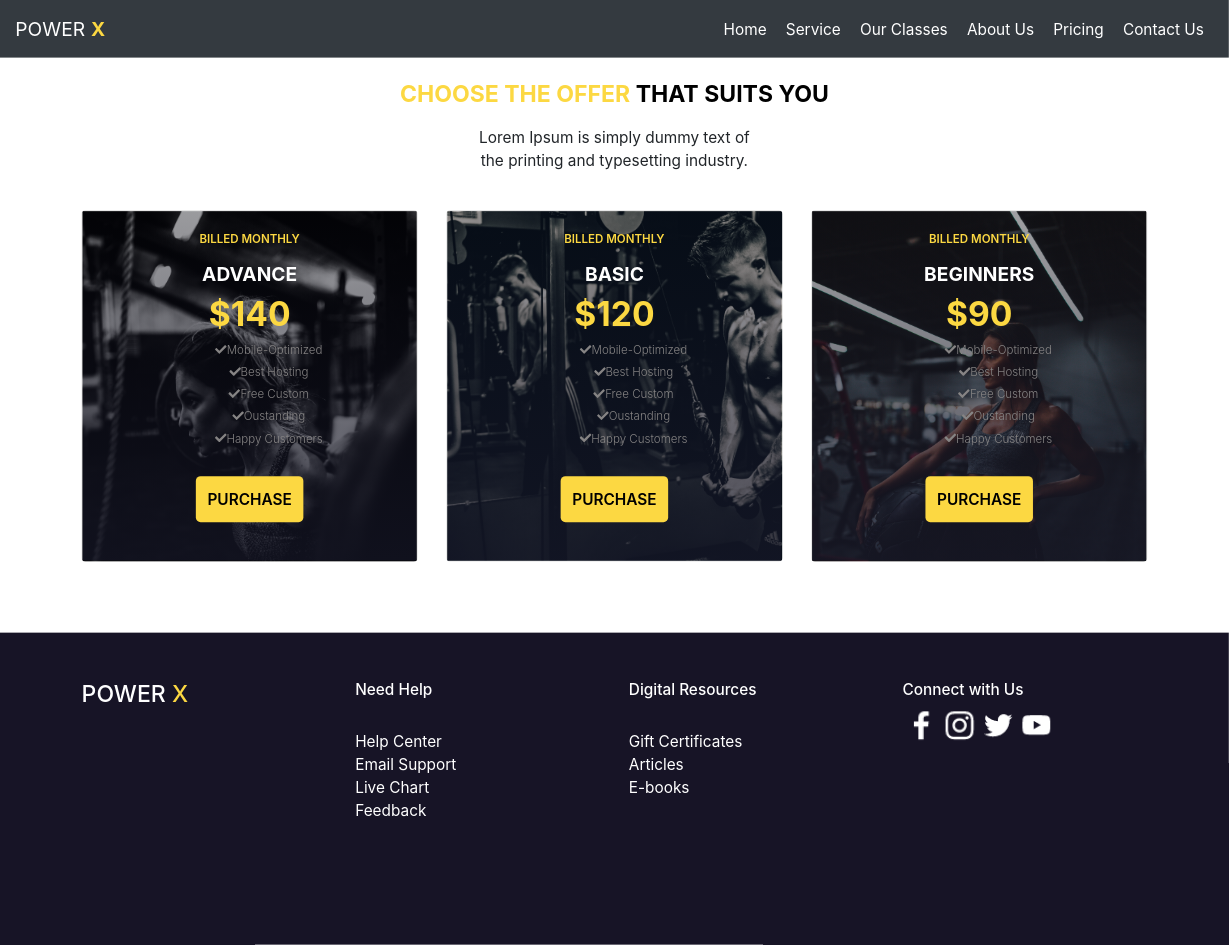
Repository: arif286/power-x-gym
Page: /pricing
These files come from the project's save history. The page is drawn as it stood at one moment and after the next save; the edit follows.
The browser window is 1280 px wide. The pictures show the whole page, at 96% of full size.
The project was rebuilt for these pictures with package versions that can differ from the ones it lists, and the page was loaded fresh each time. Also part of the build but not shown: src/components/Classes/Classes.js, src/components/About/About.js, src/components/ChooseUs/ChooseUs.js, src/components/Programs/Programs.css, src/components/Programs/Programs.js, src/components/WorkOut/WorkOut.css, src/components/WorkOut/WorkOut.js, src/components/Home/Home.js.

Above is the page before, as saved 2021-04-08 00:26:43.

### src/index.js
import React from 'react';
import ReactDOM from 'react-dom';
import App from './App';
import "./index.css";
import reportWebVitals from './reportWebVitals';
ReactDOM.render(
  <React.StrictMode>
    <App />
  </React.StrictMode>,
  document.getElementById('root')
);

// If you want to start measuring performance in your app, pass a function
// to log results (for example: reportWebVitals(console.log))
// or send to an analytics endpoint. Learn more: https://bit.ly/CRA-vitals
reportWebVitals();

### src/App.js
import "bootstrap/dist/css/bootstrap.min.css";
import React from 'react';
import { BrowserRouter as Router, Route, Switch } from "react-router-dom";
import Classes from "./components/Classes/Classes";
import Footer from "./components/Footer/Footer";
import Header from './components/Header/Header';
import Home from './components/Home/Home';
import PricingPlan from "./components/PricingPlan/PricingPlan";
function App() {
  return (
    <div>
      <Router>
        <Header />
        <Switch>
          <Route path="/home">
            <Home />
          </Route>
          <Route path="/classes">
            <Classes/>
          </Route>
          <Route path='/pricing'>
            <PricingPlan/>
          </Route>
          <Route exact path="/">
            <Home />
          </Route>
        </Switch>
        <Footer />
      </Router>
    </div>
  );
}

export default App;

### src/components/Footer/Footer.js
import React from "react";
import { Col, Container, Row } from "react-bootstrap";
import { NavLink } from "react-router-dom";
import Facebook from "../../power-x-gym/Image & Icon/bxl-facebook.png";
import Instagram from "../../power-x-gym/Image & Icon/bxl-instagram.png";
import Twitter from "../../power-x-gym/Image & Icon/bxl-twitter.png";
import YouTube from "../../power-x-gym/Image & Icon/bxl-youtube.png";
import "./Footer.css";
const Footer = () => {
  return (
    <footer>
      <Container>
        <Row className="footer-title">
          <Col xs={12} sm={6} md={3} className="pb-5">
            <h4 style={{ color: "white" }}>
              POWER <span style={{ color: "#fcd842" }}>X</span>
            </h4>
          </Col>
          <Col xs={12} sm={6} md={3} className="pb-5">
            <h6>Need Help</h6>
            <ul className="footer-link">
              <li>
                <NavLink className="company-list" to="/">
                  Help Center
                </NavLink>
              </li>
              <li>
                <NavLink className="company-list" to="/">
                  {" "}
                  Email Support
                </NavLink>
              </li>
              <li>
                <NavLink className="company-list" to="/">
                  Live Chart
                </NavLink>
              </li>
              <li>
                <NavLink className="company-list" to="/">
                  Feedback
                </NavLink>
              </li>
            </ul>
          </Col>
          <Col xs={12} sm={6} md={3} className="pb-5">
            <h6>Digital Resources</h6>
            <ul className="footer-link">
              <li>
                <NavLink className="company-list" to="/">
                  Gift Certificates
                </NavLink>
              </li>
              <li>
                <NavLink className="company-list" to="/">
                  Articles
                </NavLink>
              </li>
              <li>
                <NavLink className="company-list" to="/">
                  E-books
                </NavLink>
              </li>
            </ul>
          </Col>
          <Col xs={12} sm={6} md={3} className="pb-5">
            <h6>Connect with Us</h6>
            <div className="social-link">
              <p>
                <a href="/">
                  <img className="social-img" src={Facebook} alt="" />
                </a>
              </p>
              <p className="social-link">
                <a href="/">
                  <img className="social-img" src={Instagram} alt="" />
                </a>
              </p>
              <p>
                <a href="/">
                  <img className="social-img" src={Twitter} alt="" />
                </a>
              </p>
              <p>
                <a href="/">
                  <img className="social-img" src={YouTube} alt="" />
                </a>
              </p>
            </div>
          </Col>
        </Row>
      </Container>
    </footer>
  );
};

export default Footer;

### src/components/Header/Header.js
import React from "react";
import { Nav, Navbar } from "react-bootstrap";
import { NavLink } from "react-router-dom";
import './Header.css';
const Header = () => {
  return (
    <div>
      <Navbar bg="dark" variant="dark" expand="lg">
        <Navbar.Brand href="#home">
          POWER
          <span
            style={{ color: "#FCD842", marginLeft: "6px", fontWeight: 700 }}
          >
            X
          </span>
        </Navbar.Brand>
        <Navbar.Toggle aria-controls="basic-navbar-nav" />
        <Navbar.Collapse id="basic-navbar-nav">
          <Nav className="ml-auto">
            <NavLink className="header-link" to="/home">
              Home
            </NavLink>
            <NavLink className="header-link" to="#features">
              Service
            </NavLink>
            <NavLink className="header-link" to="/classes">
              Our Classes
            </NavLink>
            <NavLink className="header-link" to="/features">
              About Us
            </NavLink>
            <NavLink className="header-link" to="/pricing">
              Pricing
            </NavLink>
            <NavLink className="header-link" to="/pricing">
              Contact Us
            </NavLink>
          </Nav>
        </Navbar.Collapse>
      </Navbar>
      <br />
    </div>
  );
};

export default Header;

### src/components/PricingPlan/PricingPlan.js
import { faCheck } from "@fortawesome/free-solid-svg-icons";
import { FontAwesomeIcon } from "@fortawesome/react-fontawesome";
import React from "react";
import { Card, Col, Container, Row } from "react-bootstrap";
import "./PricingPlan.css";

const check = <FontAwesomeIcon icon={faCheck} />;
const PricingPlan = () => {
  return (
    <Container className="text-center">
      <h4
        style={{
          textTransform: "uppercase",
          fontWeight: 700,
          color: "#fcd842",
          textAlign: "center",
        }}
      >
        choose the offer <span style={{ color: "black" }}>that suits you</span>
      </h4>
      <p
        style={{
          display: "inline-block",
          width: "300px",
          marginTop: "10px",
          marginBottom: "40px",
        }}
      >
        Lorem Ipsum is simply dummy text of the printing and typesetting
        industry.
      </p>
      <Row className="row-cols-1 row-cols-sm-3">
        <Col className="pb-4">
          <Card className="advance-plan price-card">
            <Card.Body>
              <p>billed monthly</p>
              <h6>advance</h6>
              <h6 style={{ color: "#fcd842", fontSize: "35px" }}>$140</h6>
              <ul className="price-plan">
                <li>{check}Mobile-Optimized</li>
                <li>{check}Best Hosting</li>
                <li>{check}Free Custom</li>
                <li>{check}Oustanding</li>
                <li>{check}Happy Customers</li>
              </ul>
              <button className="purchase-btn">purchase</button>
            </Card.Body>
          </Card>
        </Col>
        <Col className="pb-4">
          <Card className="basic-plan price-card">
            <Card.Body>
              <p>billed monthly</p>
              <h6>basic</h6>
              <h6 style={{ color: "#fcd842", fontSize: "35px" }}>$120</h6>
              <ul className="price-plan">
                <li>{check}Mobile-Optimized</li>
                <li>{check}Best Hosting</li>
                <li>{check}Free Custom</li>
                <li>{check}Oustanding</li>
                <li>{check}Happy Customers</li>
              </ul>
              <button className="purchase-btn">purchase</button>
            </Card.Body>
          </Card>
        </Col>
        <Col className="pb-4">
          <Card className="beginner-plan price-card">
            <Card.Body>
              <p>billed monthly</p>
              <h6>beginners</h6>
              <h6 style={{ color: "#fcd842", fontSize: "35px" }}>$90</h6>
              <ul className="price-plan">
                <li>{check}Mobile-Optimized</li>
                <li>{check}Best Hosting</li>
                <li>{check}Free Custom</li>
                <li>{check}Oustanding</li>
                <li>{check}Happy Customers</li>
              </ul>
              <button className="purchase-btn">purchase</button>
            </Card.Body>
          </Card>
        </Col>
      </Row>
    </Container>
  );
};

export default PricingPlan;

### src/components/Footer/Footer.css
footer {
  background-color: #171426;
  padding-top: 50px;
  padding-bottom: 80px;
  margin-top: 50px;
}
.footer-link {
  list-style: none;
  display: inline;
}
.company-list {
  text-decoration: none;
  color: white;
}
.company-list:hover {
  color: hotpink;
  text-decoration: none;
}
.social-link {
  display: flex;
}

.social-img {
  width: 30px;
  height: 30px;
  object-fit: contain;
}

.social-link p {
  padding: 5px;
  display: inline;
}

.social-link p a img:hover {
  background-color: #257cc3;
}
.footer-title h6 {
  color: white;
}

### src/components/Header/Header.css
.header-link {
  text-decoration: none !important;
  color: white;
  padding: 10px;
}
.header-link:hover {
  color: gray;
}

### src/components/PricingPlan/PricingPlan.css
.advance-plan {
  background-image: linear-gradient(#0708115e, #151626c4),
    url("../../power-x-gym/Image & Icon/hipcravo-5UbIqV58CW8-unsplash.jpg");
  background-repeat: no-repeat;
  background-size: cover;
}
.basic-plan {
  background-image: linear-gradient(#0708115e, #151626c4),
    url("../../power-x-gym/Image & Icon/daniel-apodaca-WdoQio6HPVA-unsplash.jpg");
  background-repeat: no-repeat;
  background-size: cover;
}
.beginner-plan {
  background-image: linear-gradient(#0708115e, #151626c4),
    url("../../power-x-gym/Image & Icon/penguinuhh-8VI6WwEEEHw-unsplash.jpg");
  background-repeat: no-repeat;
  background-size: cover;
}
.price-card {
  text-align: center;
}
.price-card p {
  color: #fcd842;
  text-transform: uppercase;
  font-size: 12px;
  font-weight: 600;
}

.price-card h6 {
  color: white;
  text-transform: uppercase;
  font-weight: 700;
  font-size: 20px;
}
.price-plan {
  list-style: none;
  margin-bottom: 25px;
  text-align: center;
  overflow: hidden;
}
.price-plan li {
  color: #868484;
  font-size: 12px;
  font-weight: 300;
  padding-bottom: 5px;
}
.purchase-btn {
  outline: none;
  padding: 12px;
  box-sizing: border-box;
  display: block;
  text-align: center;
  border: none;
  background-color: #fcd842;
  border-radius: 5px;
  text-transform: uppercase;
  font-weight: 600;

  margin: auto;
  margin-bottom: 20px;
}

Loaded but not shown: public/index.html (common file); src/index.css (common file); src/reportWebVitals.js (common file)

After the next save:
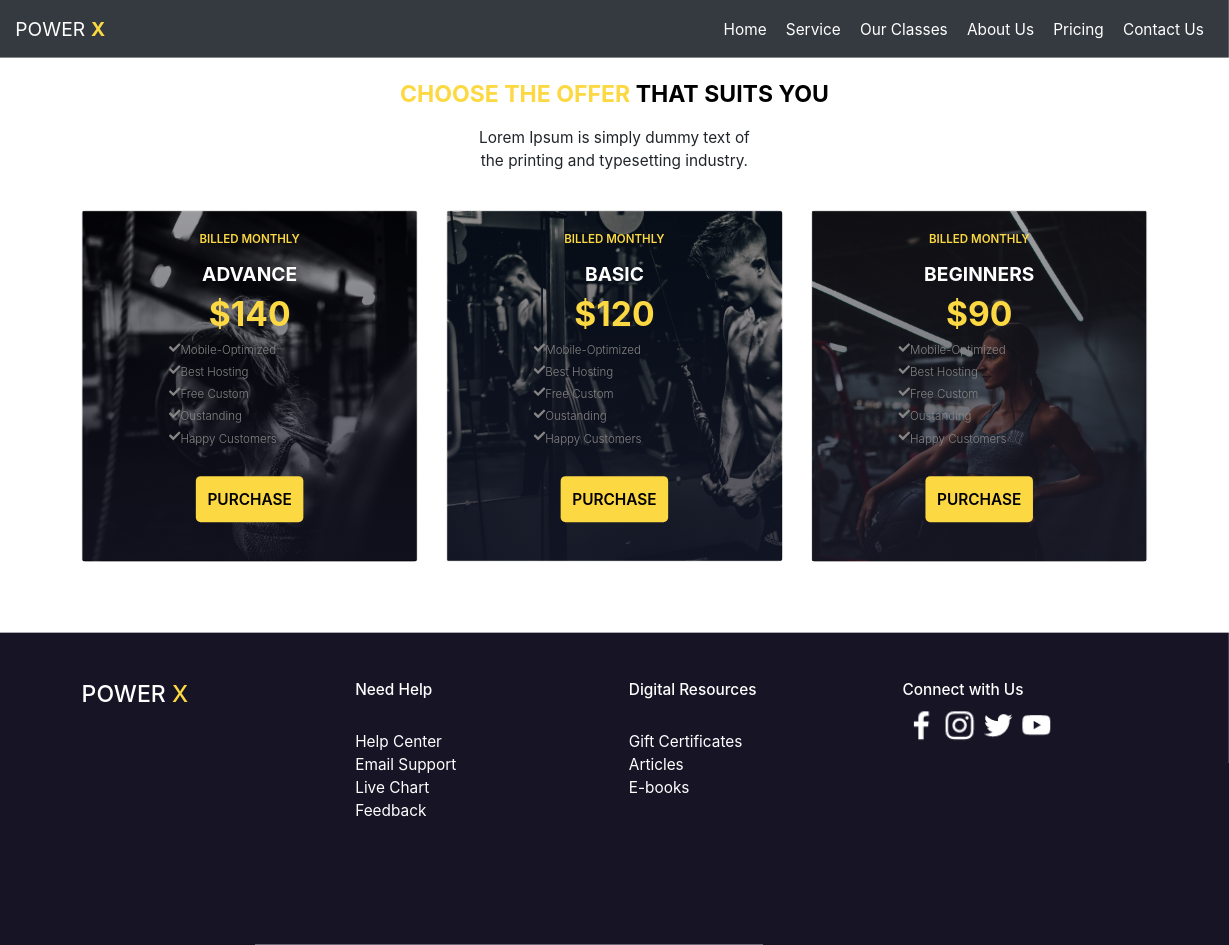
Saved 3 min 34 s later.
--- a/src/components/PricingPlan/PricingPlan.css
+++ b/src/components/PricingPlan/PricingPlan.css
@@ -43,6 +43,8 @@
   font-size: 12px;
   font-weight: 300;
   padding-bottom: 5px;
+  display: flex;
+  margin-left: 30px;
 }
 .purchase-btn {
   outline: none;
